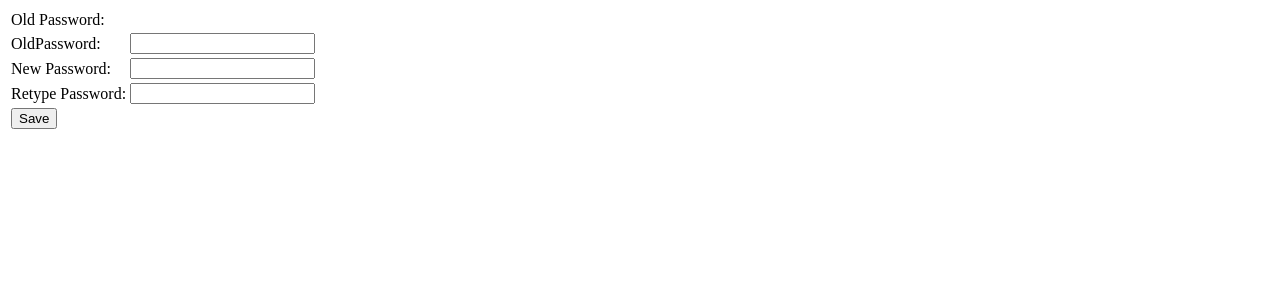
Repository: tarik788/prac
Page: http://localhost/Struts_validations/Manager/ChangePassword.jsp
These files come from the project's save history. The page is drawn as it stood at one moment and after the next save; the edit follows.
The browser window is 1280 px wide. The pictures show the whole page.
The page is served by Tomcat 9.

Above is the page before, as saved 2014-06-18 10:19:19.

After the next save:
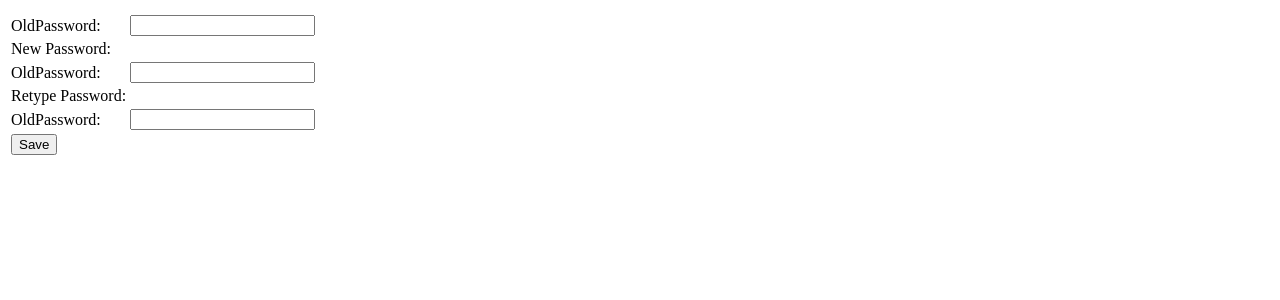
Saved 29 s later.
--- a/Java/AdvJava/Project/Struts_validations/WebContent/Manager/ChangePassword.jsp
+++ b/Java/AdvJava/Project/Struts_validations/WebContent/Manager/ChangePassword.jsp
@@ -9,19 +9,17 @@
 	<form action="ChangePassword.action" method="post">
 		<table>
 			<tr>
-				<td>Old Password:</td>
+
 
 				<td><s:password name="oldPassword" label="OldPassword"></s:password></td>
 			</tr>
 			<tr>
 				<td>New Password:</td>
-				<td><input type='password' id="newPassword" name="newPassword"
-					value="" /></td>
+				<td><s:password name="oldPassword" label="OldPassword"></s:password></td>
 			</tr>
 			<tr>
 				<td>Retype Password:</td>
-				<td><input type='password' id="retypedPassword"
-					name="retypedPassword" value="" /></td>
+				<td><s:password name="oldPassword" label="OldPassword"></s:password></td>
 			</tr>
 			<tr>
 				<td colspan="2" class="center"><input type='submit' id='btnSubmit'
